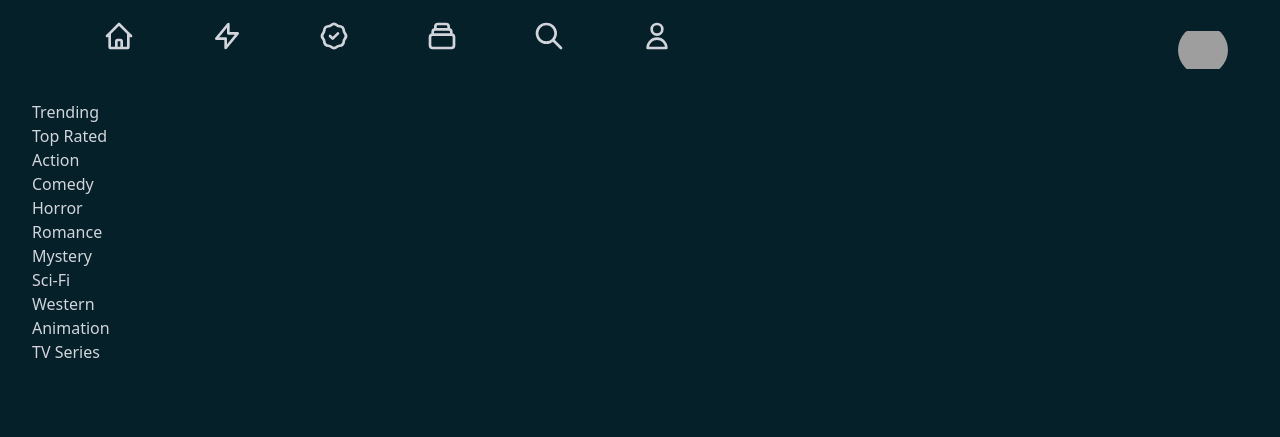
Repository: Delos-343/Hulu-2.0
Page: /
The author's editor kept a copy of each file at every save. The page is drawn from the files as they stood at one save, then again after the next save.
The browser window is 1280 px wide. The pictures show the whole page.
Pictures or frames that could not be fetched are drawn as grey boxes. The project was rebuilt for these pictures with package versions that can differ from the ones it lists, and the page was loaded fresh each time. The framework's server and built-in components were replaced by stand-ins that run in the browser. Also part of the build but not shown: next.config.js.

Above is the page before, as saved 2022-04-07 05:37:36.

### pages/index.js
import Head from 'next/head'
import styles from '../styles/Home.module.css'
import Header from '../components/Header'
import Nav from '../components/Nav'

export default function Home() {
  return (
    <div className={styles.container}>
      <Head>
        <title>Create Next App</title>
        <meta name="description" content="A personal starter project for NEXT.JS" />
        <link rel="icon" href="/favicon.ico" />
      </Head>

      <Header />
      <Nav />


      {/* Results.section */}



    </div>
  )
}

### styles/globals.css
@tailwind base;
@tailwind components;
@tailwind utilities;

@layer base {
  body {
    @apply bg-[#06202a] text-gray-300;
  }
}

### components/Header.jsx
import React from 'react'
import Image from 'next/image'
import HeaderItem from './HeaderItem'

import { BadgeCheckIcon, CollectionIcon, HomeIcon,
         LightningBoltIcon, SearchIcon, UserIcon } from '@heroicons/react/outline'

function Header() {
  return (
    <header className='flex flex-colsm:flex-row m-5 justify-between
    items-center h-auto'>
        <div className='flex flex-grow justify-evenly max-w-2xl'>
          <HeaderItem title='HOME' Icon={HomeIcon} />
          <HeaderItem title='TRENDING' Icon={LightningBoltIcon} />
          <HeaderItem title='VERIFIED' Icon={BadgeCheckIcon} />
          <HeaderItem title='COLLECTIONS' Icon={CollectionIcon} />
          <HeaderItem title='SEARCH' Icon={SearchIcon} />
          <HeaderItem title='ACCOUNT' Icon={UserIcon} />
        </div>
        <Image
        className='object-contain rounded-full'
        src='https://i.postimg.cc/HkgPfHww/fekhri-logo.png'
        width={50}
        height={50}
        />
    </header>
  )
}

export default Header

### components/Nav.jsx
import React from 'react'
import req from '../utils/requests'

function Nav() {
  return (
    <nav>
        <div>
          {Object.entries(req).map(([key, { title, url }]) => (
            <h2> {title} </h2>
          ))}
        </div>
    </nav>
  )
}

export default Nav

### components/HeaderItem.jsx
import React from 'react'

function HeaderItem({ Icon, title }) {
  return (
    <div className='flex flex-col items-center cursor-pointer group
                    w-12 sm:w-20 hover:text-white'>

      <Icon className='h-8 mb-1 group-hover:animate-bounce' />

      <p className='opacity-0 group-hover:opacity-100
                    tracking-widest'>
        {title}
      </p>
    </div>
  )
}

export default HeaderItem

### utils/requests.js
const API_KEY = process.env.API_KEY;

export default {
    fetchTrending: {
        title: 'Trending',
        url: '/trending/all/week?api_key=${API_KEY}&language=en-US'
    },
    fetchTopRated: {
        title: 'Top Rated',
        url: '/movie/top_rated/week?api_key=${API_KEY}&language=en-US'
    },
    fetchActionMovies: {
        title: 'Action',
        url: '/discover/movie/week?api_key=${API_KEY}&with_genres=20'
    },
    fetchComedyMovies: {
        title: 'Comedy',
        url: '/discover/movie/week?api_key=${API_KEY}&with_genres=35'
    },
    fetchHorrorMovies: {
        title: 'Horror',
        url: '/discover/movie/week?api_key=${API_KEY}&with_genres=27'
    },
    fetchRomanceMovies: {
        title: 'Romance',
        url: '/discover/movie/week?api_key=${API_KEY}&with_genres=10749'
    },
    fetchMystery: {
        title: 'Mystery',
        url: '/discover/movie/week?api_key=${API_KEY}&with_genres=9648'
    },
    fetchSciFi: {
        title: 'Sci-Fi',
        url: '/discover/movie/week?api_key=${API_KEY}&with_genres=870'
    },
    fetchWestern: {
        title: 'Western',
        url: '/discover/movie/week?api_key=${API_KEY}&with_genres=37'
    },
    fetchAnimation: {
        title: 'Animation',
        url: '/discover/movie/week?api_key=${API_KEY}&with_genres=16'
    },
    fetchTV: {
        title: 'TV Series',
        url: '/discover/movie/week?api_key=${API_KEY}&with_genres=10770'
    },
}

Loaded but not shown: pages/_app.js (common file); styles/Home.module.css (common file); tailwind.config.js (common file)

After the next save:
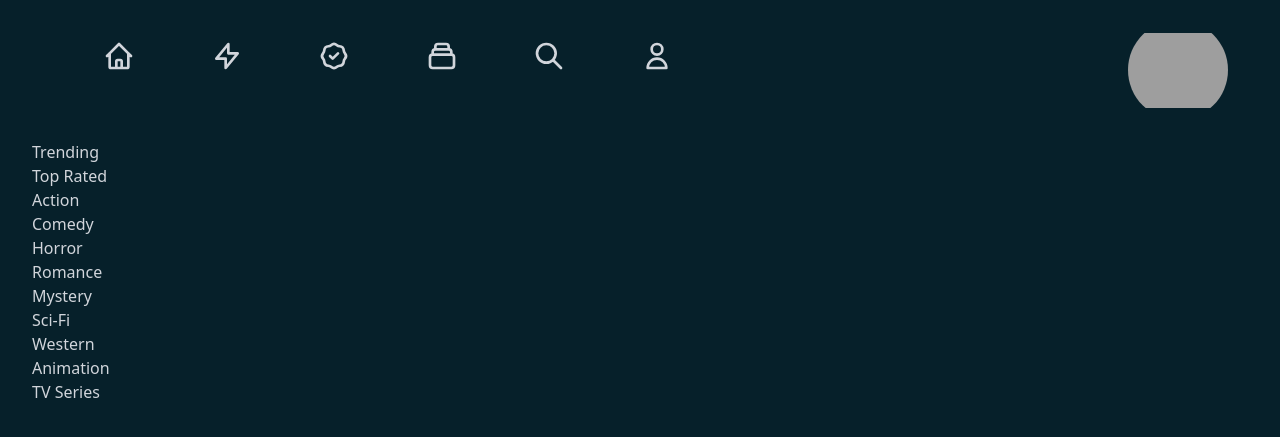
Saved 13 s later.
--- a/components/Header.jsx
+++ b/components/Header.jsx
@@ -20,8 +20,8 @@ function Header() {
         <Image
         className='object-contain rounded-full'
         src='https://i.postimg.cc/HkgPfHww/fekhri-logo.png'
-        width={50}
-        height={50}
+        width={100}
+        height={100}
         />
     </header>
   )
